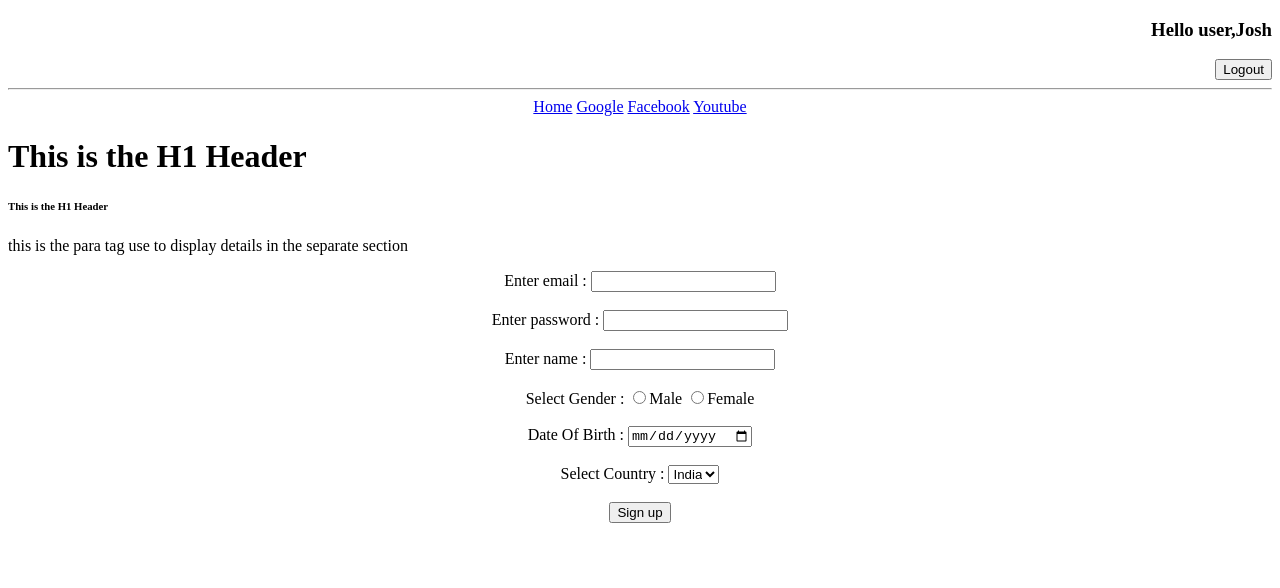
Repository: devandevare/Java
Page: Adv Java/Projects/first-web-app/src/main/webapp/demo.html
These files come from the project's save history. The page is drawn as it stood at one moment and after the next save; the edit follows.
The browser window is 1280 px wide. The pictures show the whole page.

Above is the page before, as saved 2022-09-25 06:12:34.

### Adv Java/Projects/first-web-app/src/main/webapp/demo.html
<!DOCTYPE html>
<html>
	<head>
	<meta charset="ISO-8859-1">
	<title> Html Revision</title>
	</head>
	<body>
		<div align="right">
			<h3>Hello user,Josh</h3>
			<button>Logout</button>
		</div>
		<hr>
	<div align="center">
	<a href="#">Home</a>
	<a href="https://www.google.com">Google</a>
	<a href="https://ww.facebook.com">Facebook</a>
	<a href="https://www.youtube.com">Youtube</a>


	</div>
		<h1>This is the H1 Header</h1>
		<h6>This is the H1 Header</h6>

		<p>
		this is the para tag use to display details in the separate section
		</p>

		<div align="center">
		<form action="" method="post">
		<label>Enter email :</label>
		<input type="email" name="email"> </input>
		<br/>
		<br/>
			<label>Enter password :</label>
		<input type="password" name="password"> </input>
		<br/>
		<br/>
			<label>Enter name :</label>
		<input type="text" name="name"> </input>
		<br/>
		<br/>
			<label>Select Gender :</label>
		<input type="radio" name="gender" value="Male">Male </input>
		<input type="radio" name="gender" value="Female">Female </input>
		<br/>
		<br/>
			<label>Date Of Birth :</label>
		<input type="date" name="dob" />
		<br/>
		<br/>
			<label>Select Country :</label>
			<select name="country">
			<option value="India">India</option>
			<option value="UK">UK</option>
			<option value="US">Us</option>
			<option value="aus">Aus</option>
			</select>
			<br/>
			<br/>
		<button type="submit">Sign up</button>
		</form>
		</div>



	</body>
</html>

After the next save:
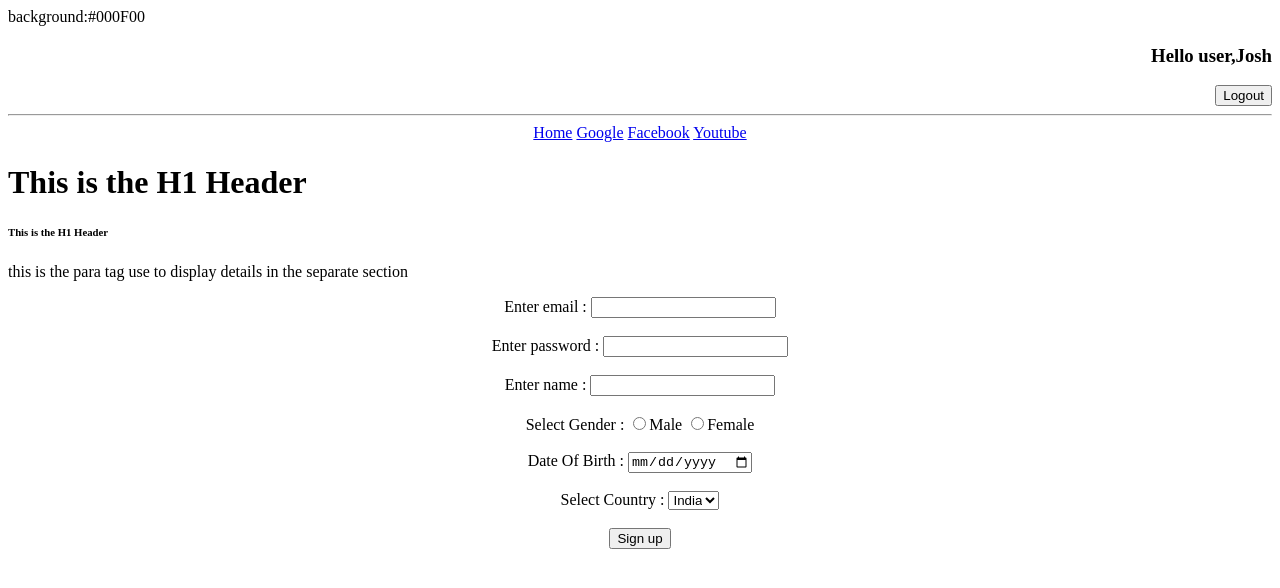
Saved 42 min 41 s later.
--- a/Adv Java/Projects/first-web-app/src/main/webapp/demo.html
+++ b/Adv Java/Projects/first-web-app/src/main/webapp/demo.html
@@ -5,6 +5,7 @@
 	<title> Html Revision</title>
 	</head>
 	<body>
+	background:#000F00
 		<div align="right">
 			<h3>Hello user,Josh</h3>
 			<button>Logout</button>
